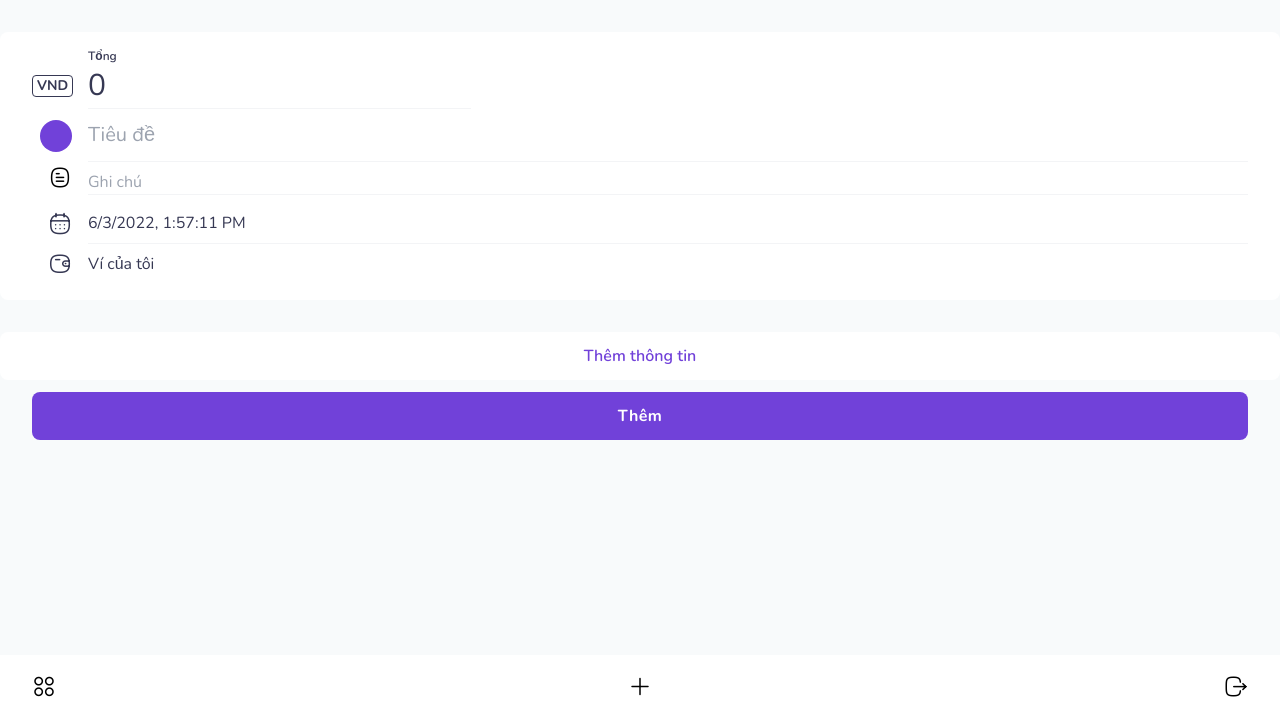
Repository: diinn/money-task
Page: /new-transaction
An editor plug-in stored every save of this project. The page is shown before and after the next save, followed by the edit.
The browser window is 1280 px wide. The pictures show the whole page.
The project was rebuilt for these pictures with package versions that can differ from the ones it lists, and the page was loaded fresh each time.

Above is the page before, as saved 2022-06-04 09:21:25.

### public/index.html
<!DOCTYPE html>
<html lang="">
  <head>
    <meta charset="utf-8" />
    <meta http-equiv="X-UA-Compatible" content="IE=edge" />
    <meta
      name="viewport"
      content="width=device-width,initial-scale=1.0,viewport-fit=cover"
    />
    <link rel="icon" href="<%= BASE_URL %>favicon.ico" />
    <title>Money Task</title>

    <link rel="preconnect" href="https://fonts.googleapis.com" />
    <link rel="preconnect" href="https://fonts.gstatic.com" crossorigin />
    <link
      href="https://fonts.googleapis.com/css2?family=Nunito:ital,wght@0,200;0,300;0,400;0,500;0,600;0,700;0,800;0,900;1,200;1,300;1,400;1,500;1,600;1,700;1,800;1,900&display=swap"
      rel="stylesheet"
    />
  </head>
  <body>
    <noscript>
      <strong
        >We're sorry but <%= htmlWebpackPlugin.options.title %> doesn't work
        properly without JavaScript enabled. Please enable it to
        continue.</strong
      >
    </noscript>
    <div id="app"></div>
    <!-- built files will be auto injected -->
  </body>
</html>

### src/main.js
import { createApp } from "vue";
import App from "./App.vue";
import router from "./router";

import "./assets/styles/tailwind.css";
import "./assets/styles/global.css";

import { registerGlobalComponents } from "@/utils/import";

import { projectAuth } from "@/configs/firebase";

let app;

projectAuth.onAuthStateChanged(() => {
  if (!app) {
    app = createApp(App);

    registerGlobalComponents(app);

    app.use(router);

    app.mount("#app");
  }
});

### src/App.vue
<template>
  <component :is="layout">
    <router-view />
  </component>
</template>

<script>
import { computed } from "vue";

import { PUBLIC_LAYOUT } from "@/constants";
import { useRoute } from "vue-router";
export default {
  setup() {
    const route = useRoute();
    return {
      layout: computed(() => (route.meta.layout || PUBLIC_LAYOUT) + "-layout"),
    };
  },
};
</script>

### src/router/index.js
import { createRouter, createWebHistory } from "vue-router";
import { projectAuth } from "@/configs/firebase";

// auth guard
const requireAuth = (to, from, next) => {
  const user = projectAuth.currentUser;

  // ckeck neu chua dang nhap se chuyen ve trang dang nhap
  if (!user) next({ name: "Login", params: {} });
  else next();
};

const routes = [
  {
    path: "/",
    name: "Home",
    meta: {
      text: "Trang chủ",
      leading: false,
      isShowFooter: true,
    },
    component: () =>
      import(/* webpackChunkName: "home" */ "../views/index.vue"),
    beforeEnter: requireAuth,
  },
  {
    path: "/register",
    name: "Register",
    meta: {
      layout: "auth",
    },
    component: () =>
      import(/* webpackChunkName: "about" */ "../views/register.vue"),
  },
  {
    path: "/login",
    name: "Login",
    meta: {
      layout: "auth",
    },
    component: () =>
      import(/* webpackChunkName: "login" */ "../views/login.vue"),
  },
  {
    path: "/logout",
    name: "Logout",
    meta: {
      layout: "auth",
    },
    component: () =>
      import(/* webpackChunkName: "logout" */ "../views/logout.vue"),
  },
  {
    path: "/new-transaction",
    name: "NewTransaction",
    meta: {
      text: "Giao dịch mới",
      leading: false,
      isShowFooter: true,
    },
    component: () =>
      import(
        /* webpackChunkName: "new-transaction" */ "../views/new-transaction.vue"
      ),
  },
  // home
  {
    path: "/transactions",
    name: "Transactions",
    meta: {
      text: "Các giao dịch",
      leading: false,
      isShowFooter: true,
    },
    component: () =>
      import(
        /* webpackChunkName: "transactions" */ "../views/transactions.vue"
      ),
  },
  {
    path: "/version",
    name: "Version",
    meta: {
      text: "Thông tin phiên bản",
      leading: false,
      isShowFooter: true,
    },
    component: () =>
      import(/* webpackChunkName: "version" */ "../views/version.vue"),
  },
];

const router = createRouter({
  history: createWebHistory(process.env.BASE_URL),
  routes,
});

export default router;

### src/assets/styles/tailwind.css
@tailwind base;
@tailwind components;
@tailwind utilities;

@layer utilities {
  .p-b-safe-4 {
    padding-bottom: calc(1rem + env(safe-area-inset-bottom));
  }
}

### src/assets/styles/global.css
body {
  @apply bg-dark-light;

  font-size: 16px;
  font-family: "Nunito", sans-serif;
}

@font-face {
  font-family: "t2ico";
  src: url("../fonts/t2ico.eot?84r94p");
  src: url("../fonts/t2ico.eot?84r94p#iefix") format("embedded-opentype"),
    url("../fonts/t2ico.ttf?84r94p") format("truetype"),
    url("../fonts/t2ico.woff?84r94p") format("woff"),
    url("../fonts/t2ico.svg?84r94p#t2ico") format("svg");
  font-weight: normal;
  font-style: normal;
  font-display: block;
}

i {
  /* use !important to prevent issues with browser extensions that change fonts */
  font-family: "t2ico" !important;
  speak: never;
  font-style: normal;
  font-weight: normal;
  font-variant: normal;
  text-transform: none;
  line-height: 1;

  /* Better Font Rendering =========== */
  -webkit-font-smoothing: antialiased;
  -moz-osx-font-smoothing: grayscale;
}

.t2ico-users:before {
  content: "\e915";
  color: inherit;
}
.t2ico-arrow-right:before {
  content: "\e916";
  color: inherit;
}
.t2ico-calendar:before {
  content: "\e917";
  color: inherit;
}
.t2ico-camera:before {
  content: "\e918";
  color: inherit;
}
.t2ico-category:before {
  content: "\e919";
  color: inherit;
}
.t2ico-chart:before {
  content: "\e91a";
  color: inherit;
}
.t2ico-document:before {
  content: "\e91b";
  color: inherit;
}
.t2ico-filter:before {
  content: "\e91c";
  color: inherit;
}
.t2ico-info-square:before {
  content: "\e91d";
  color: inherit;
}
.t2ico-location:before {
  content: "\e91e";
  color: inherit;
}
.t2ico-logout:before {
  content: "\e91f";
  color: inherit;
}
.t2ico-notification:before {
  content: "\e920";
  color: inherit;
}
.t2ico-plus:before {
  content: "\e921";
  color: inherit;
}
.t2ico-presentation:before {
  content: "\e922";
  color: inherit;
}
.t2ico-profile:before {
  content: "\e923";
  color: inherit;
}
.t2ico-setting:before {
  content: "\e924";
  color: inherit;
}
.t2ico-lock:before {
  content: "\e925";
  color: inherit;
}
.t2ico-ticket-star:before {
  content: "\e926";
  color: inherit;
}
.t2ico-trending-down:before {
  content: "\e927";
  color: inherit;
}
.t2ico-trending-up:before {
  content: "\e928";
  color: inherit;
}
.t2ico-wallet:before {
  content: "\e929";
  color: inherit;
}

### src/utils/import.js
import { defineAsyncComponent } from "vue";

export function registerGlobalComponents(app) {
  app.component(
    "auth-layout",
    defineAsyncComponent(() => import("@/layouts/auth"))
  );

  app.component(
    "default-layout",
    defineAsyncComponent(() => import("@/layouts/default"))
  );
}

### src/configs/firebase.js
import firebase from "firebase/compat/app";
import "firebase/compat/auth";
import "firebase/compat/storage";
import "firebase/compat/firestore";

// For Firebase JS SDK v7.20.0 and later, measurementId is optional
const firebaseConfig = {
  apiKey: "AIzaSyCowuZ2FTbw01zriaXvG1eeD9nPDWOIXiI",
  authDomain: "moneytask-935ed.firebaseapp.com",
  projectId: "moneytask-935ed",
  storageBucket: "moneytask-935ed.appspot.com",
  messagingSenderId: "1048123753940",
  appId: "1:1048123753940:web:eddcbf0324c3768a910241",
  measurementId: "G-GKGHS11ZKY",
};

firebase.initializeApp(firebaseConfig);

const projectAuth = firebase.auth();
const projectStorage = firebase.storage();
const projectFirestore = firebase.firestore();

const timeStamp = firebase.firestore.FieldValue.serverTimestamp;

export { projectAuth, projectStorage, projectFirestore, timeStamp };

### src/constants/index.js
export const PUBLIC_LAYOUT = "default";

export const PROFILE_OPTIONS = [
  {
    name: "Các giao dịch",
    icon: "t2ico-ticket-star",
    route: {
      name: "Transactions",
      params: {},
    },
  },
  {
    name: "Thông tin phiên bản",
    icon: "t2ico-info-square",
    route: {
      name: "Version",
      params: {},
    },
  },
];

export const NAVIGATION_BOTTOM_ITEMS = [
  {
    icon: "t2ico-category",
    text: "Home",
    name: "Home",
  },
  {
    icon: "t2ico-plus",
    text: "NewTransaction",
    name: "NewTransaction",
  },
  {
    icon: "t2ico-logout",
    text: "Logout",
    name: "Logout",
  },
];

### src/views/new-transaction.vue
<template>
  <form @submit.prevent="onSubmit">
    <!-- start: main from -->
    <div class="row mt-8">
      <div class="bg-white rounded-lg py-4">
        <div class="container mx-auto px-8">
          <div class="row">
            <label for="total" class="flex items-end">
              <div class="w-10 text-right leading-10 mr-4 pb-1">
                <span
                  class="inline-block px-1 text-dark border border-dark rounded text-sm font-bold"
                  >VND</span
                >
              </div>
              <div class="flex flex-col border-b border-gray-100 pb-1">
                <span class="font-semibold text-xs text-dark">Tổng</span>
                <input
                  id="total"
                  class="text-3xl text-dark w-full outline-none mt-1"
                  type="number"
                  placeholder="0"
                  v-model="total"
                />
              </div>
            </label>
          </div>
          <div class="row">
            <label for="category" class="flex items-center">
              <div
                class="flex items-center flex-none w-10 text-right leading-10 mr-4"
              >
                <span
                  class="inline-block ml-auto w-8 h-8 rounded-full bg-primary"
                ></span>
              </div>
              <div class="flex-1 border-b border-gray-100 py-3">
                <input
                  id="category"
                  class="text-xl text-dark w-full outline-none"
                  type="text"
                  placeholder="Tiêu đề"
                  v-model="category"
                />
              </div>
            </label>
          </div>
          <div class="row">
            <label for="note" class="flex items-center">
              <div
                class="flex items-center flex-none w-10 text-right leading-10 mr-4"
              >
                <span class="flex-none w-10 mr-4">
                  <i class="t2ico t2ico-document text-2xl"></i>
                </span>
              </div>
              <div class="flex-1 border-b border-gray-100">
                <input
                  id="note"
                  class="text-dark w-full outline-none"
                  type="text"
                  placeholder="Ghi chú"
                  v-model="note"
                />
              </div>
            </label>
          </div>
          <div class="row">
            <label for="time" class="flex items-center">
              <div class="flex-none w-10 mr-4">
                <span class="flex items-center justify-end text-dark">
                  <i class="t2ico t2ico-calendar text-2xl"></i>
                </span>
              </div>
              <div class="flex-1 py-2 border-b border-gray-100">
                <div class="text-dark w-full">
                  {{ new Date().toLocaleString() }}
                </div>
              </div>
            </label>
          </div>
          <div class="row">
            <label for="wallet" class="flex items-center">
              <div class="flex-none w-10 mr-4">
                <span class="flex items-center justify-end text-dark">
                  <i class="t2ico t2ico-wallet text-2xl"></i>
                </span>
              </div>
              <div class="flex-1 py-2">
                <div class="text-dark w-full">Ví của tôi</div>
              </div>
            </label>
          </div>
        </div>
      </div>
    </div>
    <!-- end: main from -->

    <div v-if="!isMoreDetails" class="row mt-8">
      <button
        @click="isMoreDetails = true"
        class="bg-white rounded-lg py-3 w-full text-primary font-semibold"
      >
        Thêm thông tin
      </button>
    </div>

    <!-- start: more details -->
    <template v-if="isMoreDetails">
      <div class="row mt-8">
        <div class="bg-white rounded-lg py-4">
          <div class="container mx-auto px-8">
            <div class="row">
              <label for="location" class="flex items-center">
                <div
                  class="flex items-center flex-none w-10 text-right leading-10 mr-4"
                >
                  <span class="flex-none w-10 mr-4">
                    <i class="t2ico t2ico-location text-2xl"></i>
                  </span>
                </div>
                <div class="flex-1 border-b border-gray-100">
                  <input
                    id="location"
                    class="text-dark w-full outline-none"
                    type="text"
                    placeholder="Tại"
                    v-model="location"
                  />
                </div>
              </label>
            </div>
            <div class="row">
              <label for="withPerson" class="flex items-center">
                <div
                  class="flex items-center flex-none w-10 text-right leading-10 mr-4"
                >
                  <span class="flex-none w-10 mr-4">
                    <i class="t2ico t2ico-users text-2xl"></i>
                  </span>
                </div>
                <div class="flex-1 border-b border-gray-100">
                  <input
                    id="withPerson"
                    class="text-dark w-full outline-none"
                    type="text"
                    placeholder="Với"
                    v-model="withPerson"
                  />
                </div>
              </label>
            </div>
          </div>
        </div>
      </div>

      <!-- start: upload photos -->
      <div class="row mt-8">
        <div class="bg-white rounded-lg py-4">
          <div class="container mx-auto px-8">
            <div class="row">
              <label
                for="file"
                class="flex items-center text-primary font-bold"
              >
                <div class="flex-none w-10 mr-4">
                  <span class="flex items-center justify-end">
                    <i class="t2ico t2ico-camera text-2xl"></i>
                  </span>
                </div>
                <div class="flex-1 py-2">
                  <div class="w-full font-semibold">Thêm ảnh</div>
                  <input
                    id="file"
                    type="file"
                    class="hidden"
                    @change="onChangeFile"
                  />
                </div>
              </label>
            </div>
          </div>
        </div>
        <div class="text-red my-3 pl-2">{{ errorFile }}</div>
      </div>
      <!-- end: upload photos -->
    </template>
    <!-- end: more details -->

    <div class="flex w-full justify-center px-8 mt-3">
      <button
        type="submit"
        class="w-full py-3 text-center bg-primary text-white font-bold rounded-lg tracking-wide"
      >
        Thêm
      </button>
    </div>
  </form>
</template>

<script>
import { ref } from "vue";

import { useUser } from "@/composables/useUser";

import useCollection from "@/composables/useCollection";

import useStorage from "@/composables/useStorage";
export default {
  setup() {
    const isMoreDetails = ref(false);
    const { getUser } = useUser();
    const { error, addRecord } = useCollection("transactions");
    const { url, uploadFile } = useStorage("transactions");

    const total = ref(0);
    const category = ref("");
    const note = ref("");
    const time = ref(new Date());
    const location = ref("");
    const withPerson = ref("");
    const file = ref(null);
    const errorFile = ref(null);

    function onChangeFile(event) {
      const selected = event.target.files[0];

      const typesOfFile = ["image/png", "image/jpg", "image/jpeg"];

      if (selected && typesOfFile.includes(selected.type)) {
        file.value = selected;
      } else {
        file.value = null;
        errorFile.value = "Vui lòng chọn ảnh có định dạng PNG, JPG hoặc JPEG!";
      }
    }

    async function onSubmit() {
      if (file.value) await uploadFile(file.value);

      const { user } = getUser();

      const transaction = {
        total: parseInt(total.value),
        category: category.value,
        note: note.value,
        time: time.value,
        userId: user.value.uid,
        location: location.value,
        withPerson: withPerson.value,
        thumbnail: url.value,
      };

      await addRecord(transaction);

      console.log(error);
      console.log("Created");
    }

    return {
      isMoreDetails,
      total,
      category,
      note,
      time,
      location,
      withPerson,
      errorFile,
      onChangeFile,
      onSubmit,
    };
  },
};
</script>

### src/layouts/default.vue
<template>
  <navigation-header />
  <slot />
  <navigation-bottom v-if="meta.isShowFooter" />
</template>

<script>
import { computed } from "vue";
import { useRoute } from "vue-router";

import NavigationHeader from "@/components/NavigationHeader.vue";
import NavigationBottom from "@/components/NavigationBottom.vue";
export default {
  components: {
    NavigationHeader,
    NavigationBottom,
  },
  setup() {
    const route = useRoute();
    return {
      meta: computed(() => route.meta),
    };
  },
};
</script>

### src/composables/useUser.js
import { ref } from "vue";
import { projectAuth } from "@/configs/firebase";

const user = ref(projectAuth.currentUser);

projectAuth.onAuthStateChanged(function (_user) {
  if (_user) user.value = _user;
});

function getUser() {
  return { user };
}

export function useUser() {
  return { getUser };
}

### src/composables/useCollection.js
import { ref } from "vue";
import { projectFirestore } from "@/configs/firebase";

const useCollection = (name) => {
  const error = ref(null);

  async function addRecord(record) {
    error.value = null;
    try {
      const response = await projectFirestore.collection(name).add(record);
      return response;
    } catch (err) {
      console.log(err);
      error.value = err.message;
    }
  }

  // function getRecord() {
  //   const response = projectFirestore.collection("transactions").get();
  //   const result = response.docs.map((doc) => {
  //     return { ...doc.data(), id: doc.id };
  //   });
  //   return result;
  // }

  return { error, addRecord };
};

export default useCollection;

### src/composables/useStorage.js
import { ref } from "vue";
import { projectStorage } from "@/configs/firebase";
import { useUser } from "@/composables/useUser";

const { getUser } = useUser();
const { user } = getUser();

const useStorage = (name) => {
  const error = ref(null);
  const filePath = ref(null);
  const url = ref(null);

  async function uploadFile(file) {
    filePath.value = `${name}/${user.value.uid}/${file.name}`;

    const fileRef = projectStorage.ref(filePath.value);

    try {
      const response = await fileRef.put(file);

      url.value = await response.ref.getDownloadURL();
      return url.value;
    } catch (err) {
      console.log(err);
      error.value = err.message;
    }
  }
  return { error, filePath, url, uploadFile };
};

export default useStorage;

### src/components/NavigationHeader.vue
<template>
  <header id="header" class="pt-8 fixed inset-x-0 top-0 bg-dark-light">
    <div class="container mx-auto px-8">
      <div class="flex justify-between items-center">
        <div v-if="user" class="flex items-center">
          <div
            v-if="meta.leading"
            class="w-10 h-10 overflow-hidden rounded-full"
          >
            <img
              class="w-full h-auto object-cover"
              src="https://i.pinimg.com/550x/e0/16/c8/e016c8070505d6f64862fbd27555941d.jpg"
              alt="User's Avatar"
              size="sm"
            />
          </div>
          <h1 class="text-xl font-bold text-dark ml-2">
            {{ meta.text }}
          </h1>
        </div>
        <!-- <div class="flex">
          <ul>
            <button type="submit" class="text-primary font-bold">Thêm</button>
          </ul>
        </div> -->
      </div>
    </div>
  </header>
</template>

<script>
import { computed } from "vue";
import { useRoute } from "vue-router";
import { useUser } from "@/composables/useUser";

export default {
  setup() {
    const route = useRoute();

    const { getUser } = useUser();
    const { user } = getUser();

    return {
      user,
      meta: computed(() => route.meta),
    };
  },
};
</script>

### src/components/NavigationBottom.vue
<template>
  <footer
    id="footer"
    class="fixed w-full bottom-0 left-0 bg-white pt-4 p-b-safe-4"
  >
    <div class="container mx-auto px-8 h-full">
      <ul class="flex justify-between items-center h-full">
        <li v-for="navItem in navItems" :key="navItem.name">
          <router-link :to="{ name: navItem.name, params: {} }">
            <i class="t2ico text-2xl" :class="navItem.icon"></i>
          </router-link>
        </li>
      </ul>
    </div>
  </footer>
</template>

<script>
import { reactive } from "vue";

import { NAVIGATION_BOTTOM_ITEMS } from "@/constants/index";
export default {
  setup() {
    const navItems = reactive(NAVIGATION_BOTTOM_ITEMS);
    return { navItems };
  },
};
</script>

### tailwind.config.js
module.exports = {
  content: [],
  theme: {
    extend: {
      colors: {
        primary: "#7141d9",
        "primary-second": "#a772f2",
        dark: "#363853",
        green: "#67d4ca",
        red: "#f28080",
        "dark-light": "#f8fafb",
      },
    },
  },
  plugins: [],
};

After the next save:
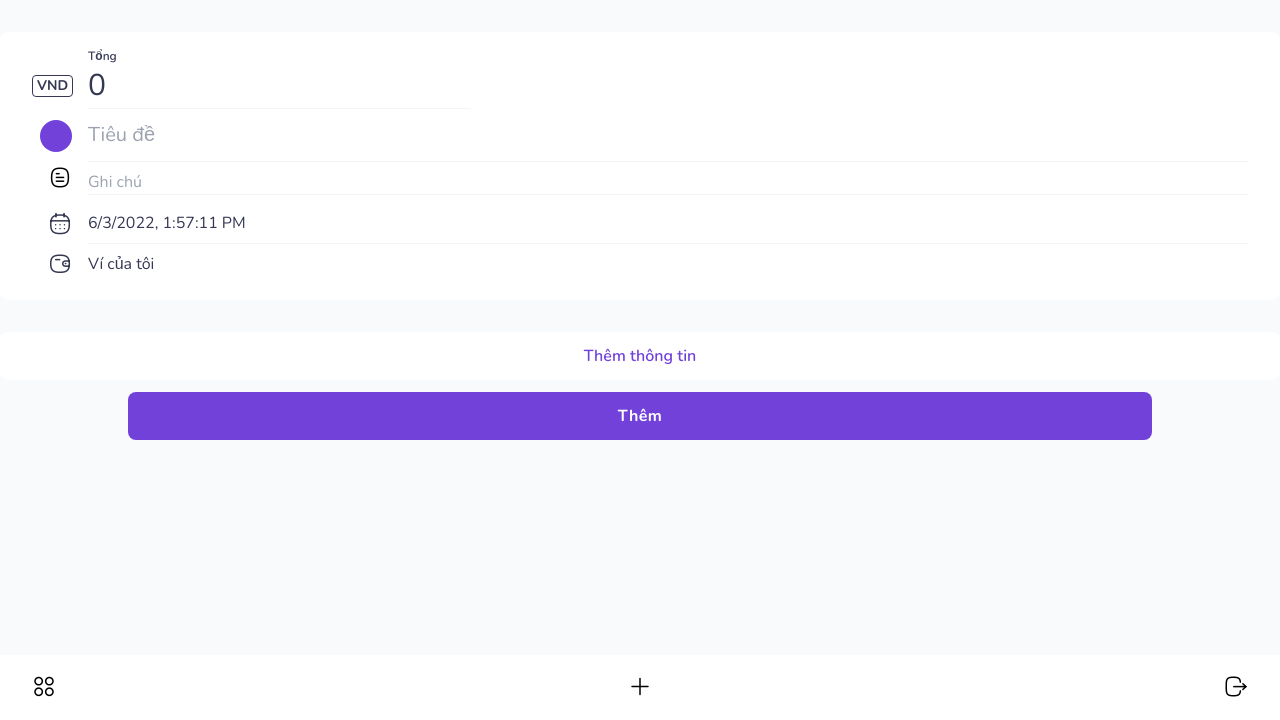
Saved 90 s later.
--- a/src/views/new-transaction.vue
+++ b/src/views/new-transaction.vue
@@ -186,7 +186,7 @@
     </template>
     <!-- end: more details -->
 
-    <div class="flex w-full justify-center px-8 mt-3">
+    <div class="flex w-full justify-center px-32 mt-3">
       <button
         type="submit"
         class="w-full py-3 text-center bg-primary text-white font-bold rounded-lg tracking-wide"
